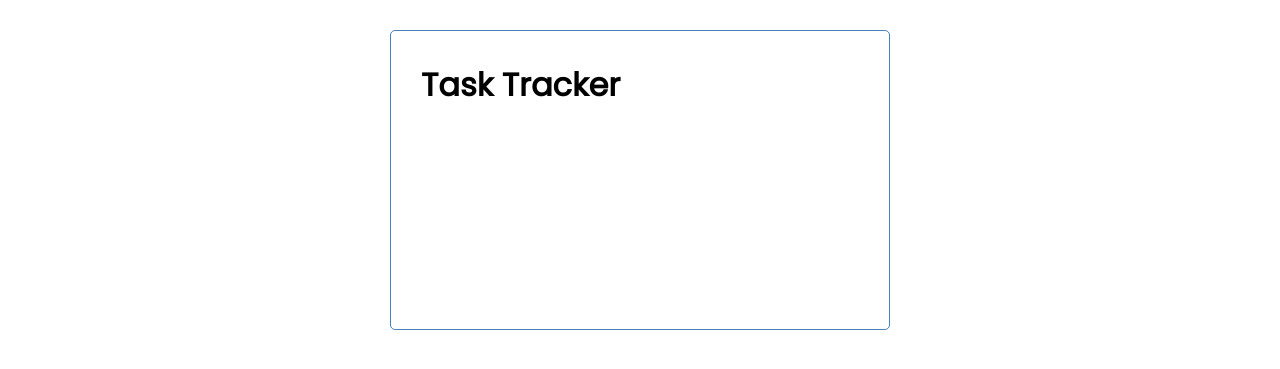
Repository: Jeffkw213/Learning_react
Page: / (app in myapp/)
These files come from the project's save history. The page is drawn as it stood at one moment and after the next save; the edit follows.
The browser window is 1280 px wide. The pictures show the whole page.
The project was rebuilt for these pictures with package versions that can differ from the ones it lists, and the page was loaded fresh each time.

Above is the page before, as saved 2021-04-28 11:01:42.

### myapp/src/App.js
import Header from './Components/header'
function App() {
  // const name = 'jeff'
  return (
    // <div className='container'>
    //  <h1> Starting of React </h1>
    //  <h2> Hello {name} </h2>
    // </div>
    <div className='container'>
      <Header />
    </div>
  );
}

export default App;

### myapp/src/Components/header.js
import PropTypes from 'prop-types'

const Header = ({title}) => {
    return (
        <header>
            <h1>{title}</h1>
        </header>
    )
}

Header.defaultProps = {
    title: "Task Tracker",
}

Header.propTypes= {
    title:PropTypes.string.isRequired,
}

export default Header

Loaded but not shown: myapp/public/index.html (common file); myapp/src/index.js (common file); myapp/src/index.css (common file); myapp/src/reportWebVitals.js (common file)

After the next save:
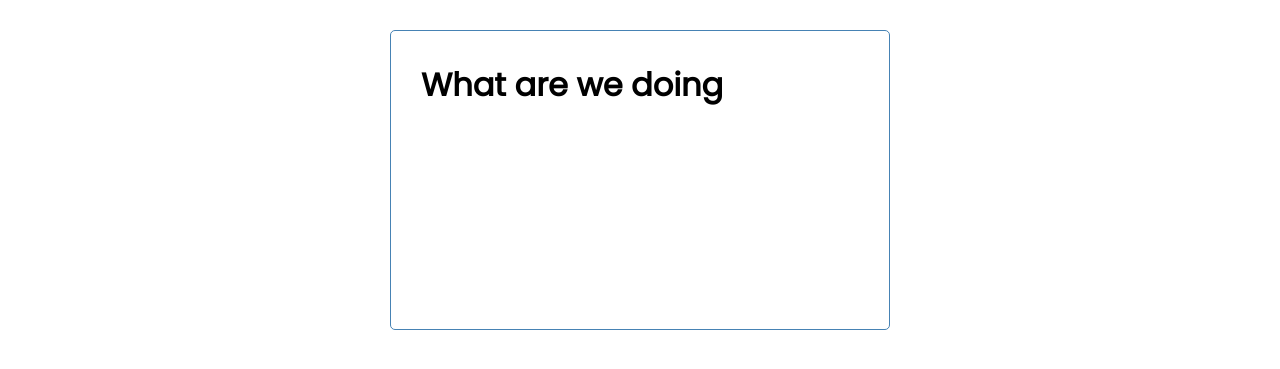
Saved 1 s later.
--- a/myapp/src/Components/header.js
+++ b/myapp/src/Components/header.js
@@ -9,7 +9,7 @@ const Header = ({title}) => {
 }
 
 Header.defaultProps = {
-    title: "Task Tracker",
+    title: "What are we doing",
 }
 
 Header.propTypes= {
